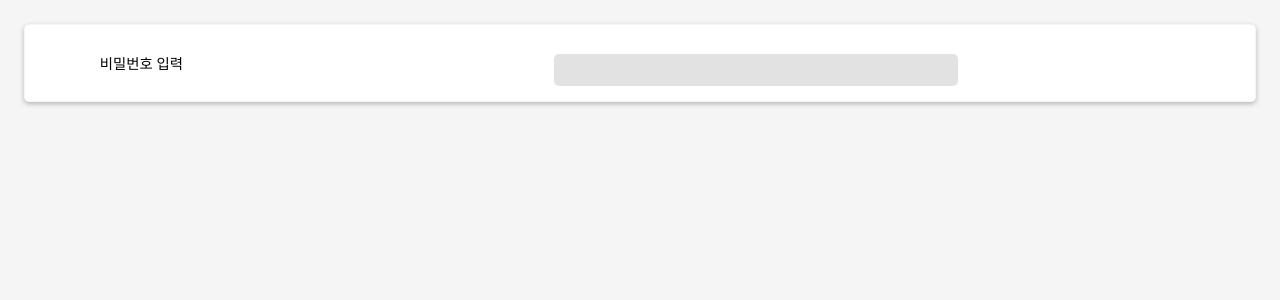
Repository: ssoo0011/school
Page: http://localhost/SBoard/MVCBoard/Pass.jsp
These files come from the project's save history. The page is drawn as it stood at one moment and after the next save; the edit follows.
The browser window is 1280 px wide. The pictures show the whole page.
Some web fonts or font styles are not loaded; a fallback is used. The page is served by Tomcat 9.

Above is the page before, as saved 2023-03-22 01:10:07.

After the next save:
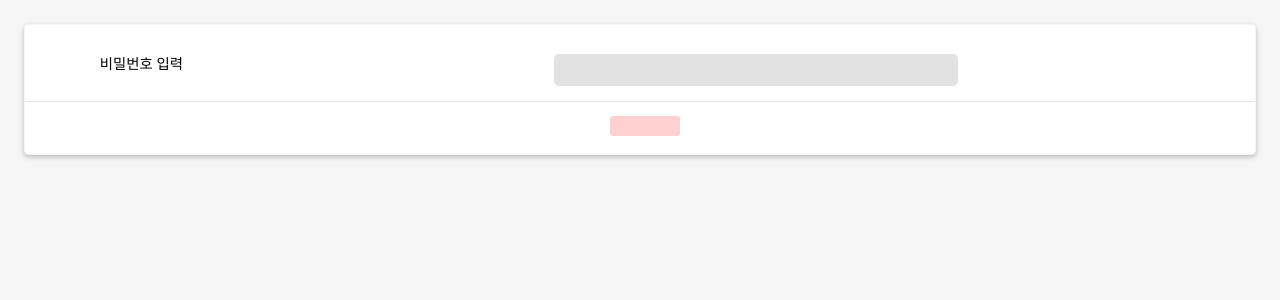
Saved 110 s later.
--- a/JSP/SBoard/WebContent/MVCBoard/Pass.jsp
+++ b/JSP/SBoard/WebContent/MVCBoard/Pass.jsp
@@ -13,6 +13,9 @@
 			<td>비밀번호 입력</td>
 			<td><input type= 'password' name = 'pass'></td>
 		</tr>
+		<tr>
+			<td colspan="2"><button type = 'submit'></button></td>
+		</tr>
 	</table>
 </body>
 </html>
